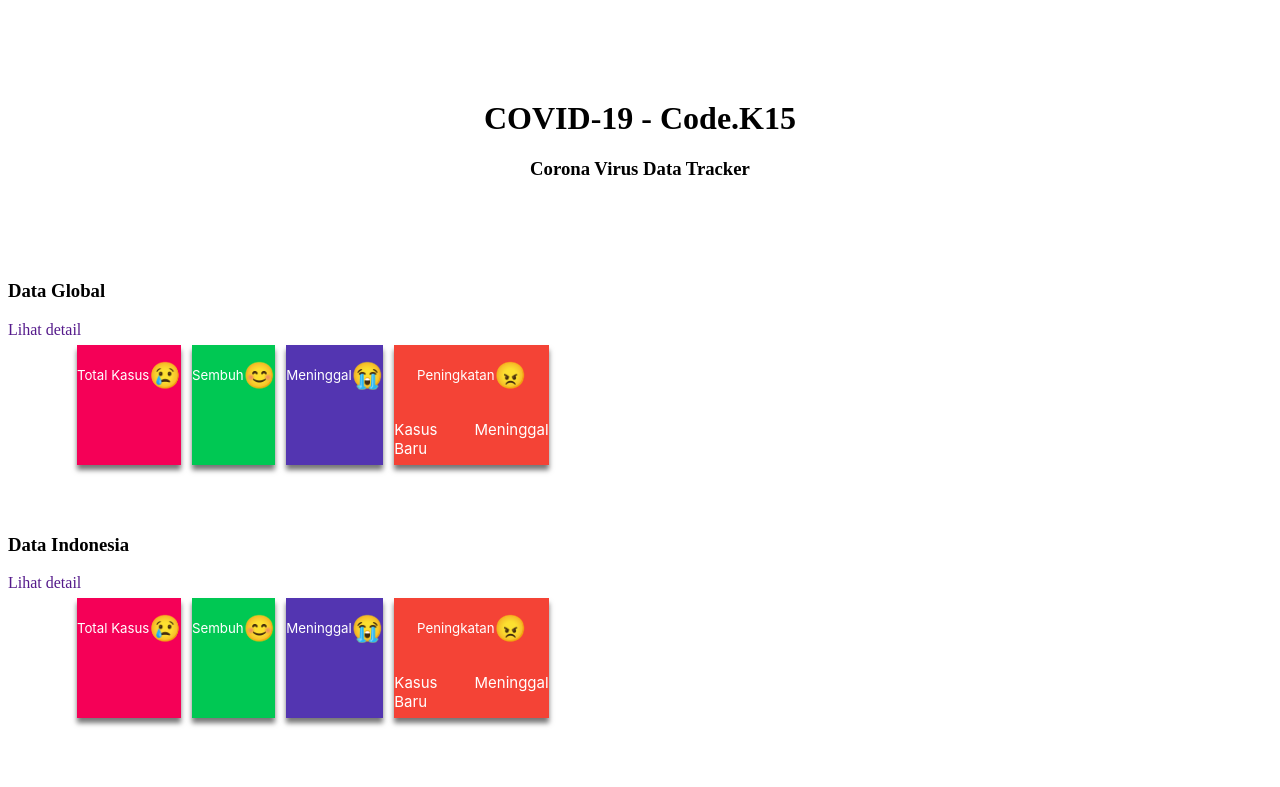
Repository: fathur15/covid19-monitoring
Page: http://localhost/covid19/apps/views/data/main/dashboard.php
These files come from the project's save history. The page is drawn as it stood at one moment and after the next save; the edit follows.
The browser window is 1280 px wide. The pictures show the whole page.
The page is run by PHP 8.4 with error messages shown; the project is at /var/www/html/.

Above is the page before, as saved 2020-04-14 11:53:44.

After the next save:
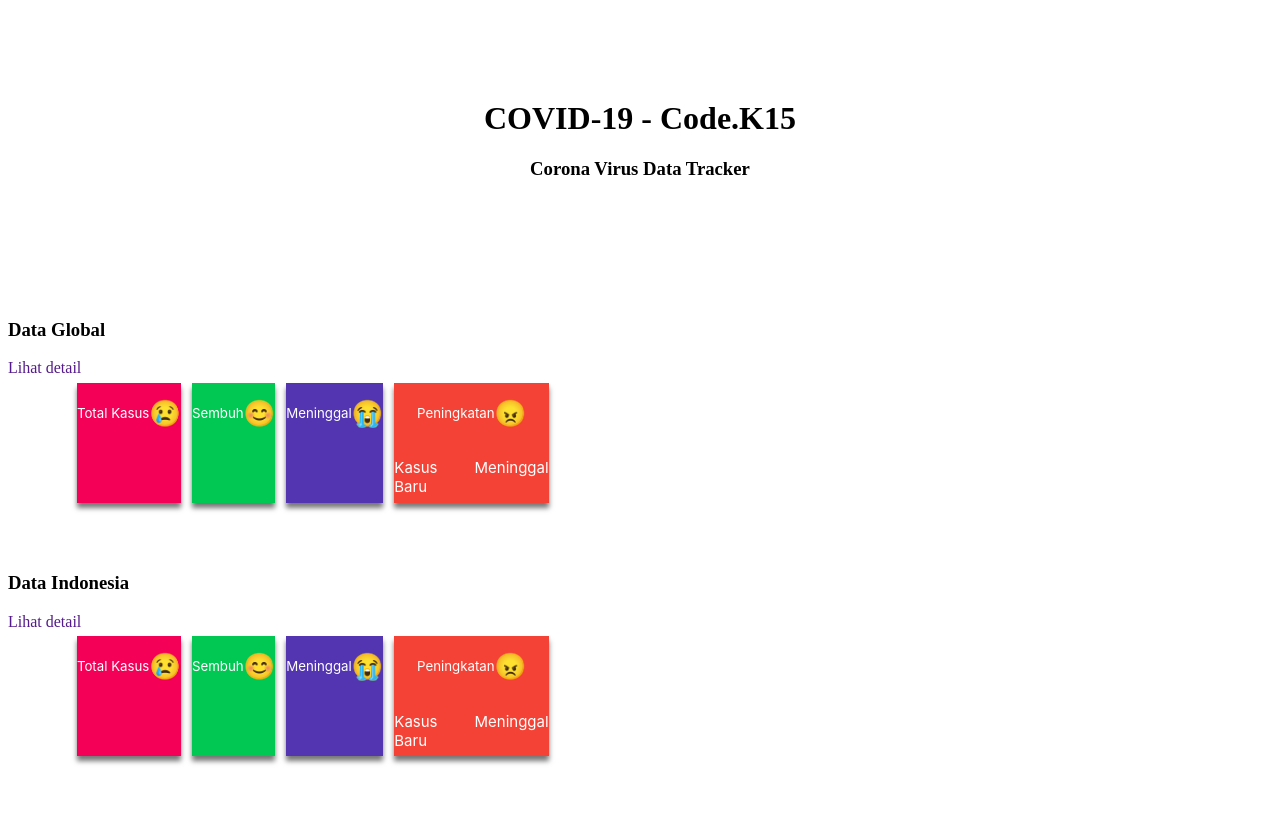
Saved 43 s later.
--- a/apps/views/data/main/dashboard.php
+++ b/apps/views/data/main/dashboard.php
@@ -35,7 +35,7 @@
     <div class="heading" style="margin: 100px 30%; text-align: center">
         <h1>COVID-19 - Code.K15</h1>
         <h3>Corona Virus Data Tracker</h3>
-        <h5 id="date-update"></h5>
+        <h5 id="date-update">Update Tanggal</h5>
     </div>
     <div class="main">
         <div class="container">
